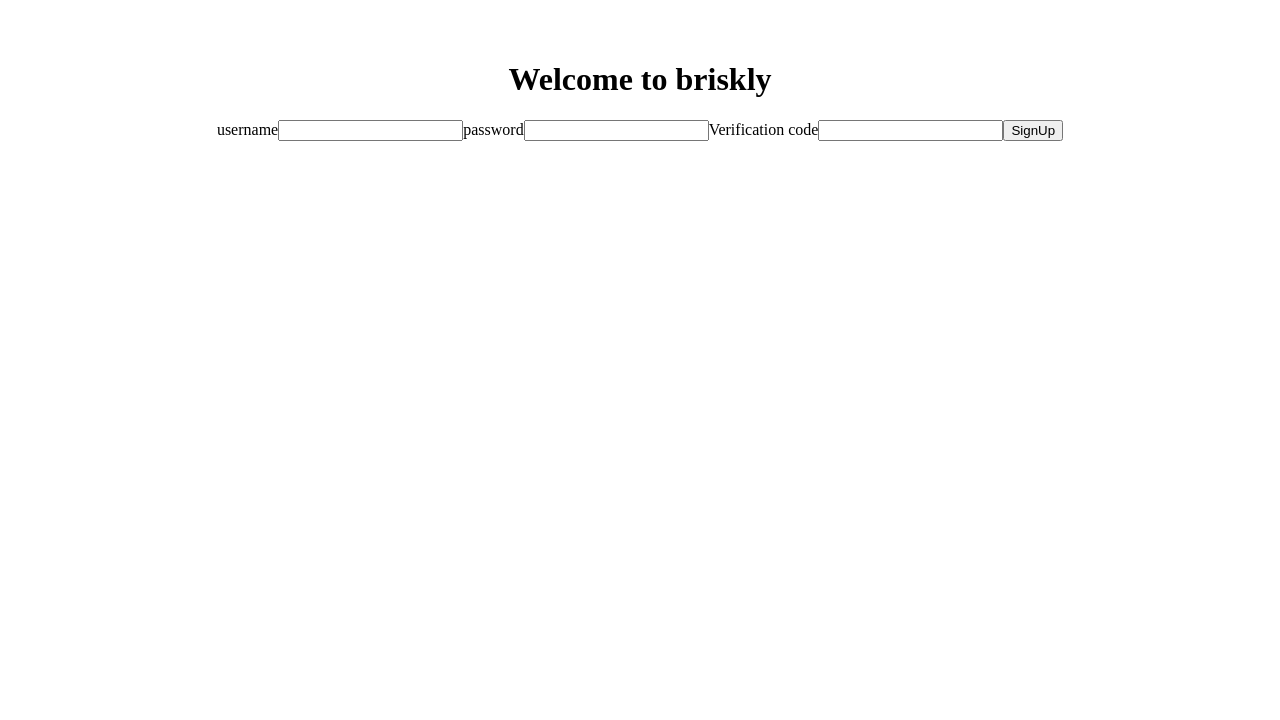
Repository: Meruem09/Briskly
Page: / (app in briskly/)
The author's editor kept a copy of each file at every save. The page is drawn from the files as they stood at one save, then again after the next save.
The browser window is 1280 px wide. The pictures show the whole page.
The project was rebuilt for these pictures with package versions that can differ from the ones it lists, and the page was loaded fresh each time. Some packages were replaced by stand-ins written for this rebuild. Also part of the build but not shown: briskly/vite.config.js.

Above is the page before, as saved 2025-06-27 16:54:26.

After the next save:
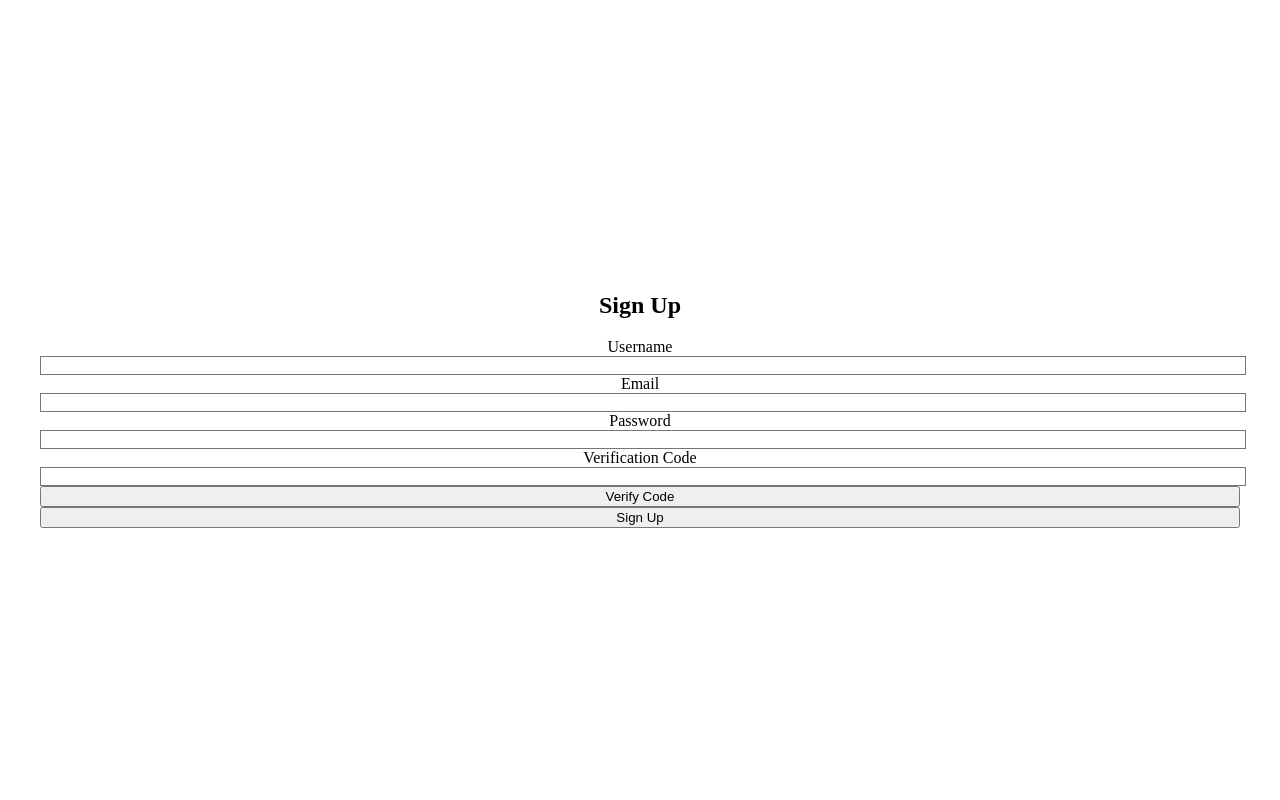
Saved 8 min 22 s later.
--- a/briskly/src/component/SignUpPage.jsx
+++ b/briskly/src/component/SignUpPage.jsx
@@ -1,20 +1,88 @@
-import { useSignIn, useSignUp, useClerk, useAuth, useUser, useSession } from "@clerk/clerk-react"
+import React, { useState } from "react";
 
-const SignUpPage = () => {
-    return (
-        <div>
-            <div>
-                <h1>Welcome to briskly</h1>
-                <label htmlFor="username">username</label>
-                <input type="text" name="" id="" />
-                <label htmlFor="password">password</label>
-                <input type="text" name="" id="" />
-                <label htmlFor="">Verification code</label>
-                <input type="text" />
-                <button>SignUp</button>
-            </div>
-        </div>
-     );
+export default function SignUpPage() {
+  const [username, setUsername] = useState("");
+  const [emailAddress, setEmail] = useState("");
+  const [password, setPassword] = useState("");
+  const [verificationCode, setVerificationCode] = useState("");
+
+  const handleSignUp = (e) => {
+    e.preventDefault();
+    console.log("Signing up with:", { username, emailAddress, password });
+    // Add your signup API call here
+  };
+
+  const handleVerify = () => {
+    console.log("Verifying code:", verificationCode);
+    // Add your verification logic here
+  };
+
+  return (
+    <div className="min-h-screen flex items-center justify-center bg-black text-white px-4">
+      <div className="w-full max-w-md bg-gray-900 p-8 rounded-xl shadow-lg">
+        <h2 className="text-2xl font-bold mb-6">Sign Up</h2>
+
+        <form onSubmit={handleSignUp} className="space-y-4">
+          <div>
+            <label className="block text-sm mb-1">Username</label>
+            <input
+              type="text"
+              value={username}
+              onChange={(e) => setUsername(e.target.value)}
+              className="w-full px-4 py-2 bg-gray-800 text-white rounded border border-gray-600 focus:outline-none focus:ring-2 focus:ring-blue-500"
+              required
+            />
+          </div>
+
+          <div>
+            <label className="block text-sm mb-1">Email</label>
+            <input
+              type="email"
+              value={emailAddress}
+              onChange={(e) => setEmail(e.target.value)}
+              className="w-full px-4 py-2 bg-gray-800 text-white rounded border border-gray-600 focus:outline-none focus:ring-2 focus:ring-blue-500"
+              required
+            />
+          </div>
+
+          <div>
+            <label className="block text-sm mb-1">Password</label>
+            <input
+              type="password"
+              value={password}
+              onChange={(e) => setPassword(e.target.value)}
+              className="w-full px-4 py-2 bg-gray-800 text-white rounded border border-gray-600 focus:outline-none focus:ring-2 focus:ring-blue-500"
+              required
+              minLength={8}
+            />
+          </div>
+
+          <div>
+            <label className="block text-sm mb-1">Verification Code</label>
+            <input
+              type="text"
+              value={verificationCode}
+              onChange={(e) => setVerificationCode(e.target.value)}
+              className="w-full px-4 py-2 bg-gray-800 text-white rounded border border-gray-600 focus:outline-none focus:ring-2 focus:ring-blue-500"
+              required
+            />
+            <button
+              type="button"
+              onClick={handleVerify}
+              className="mt-2 w-full bg-blue-600 hover:bg-blue-700 text-white py-2 rounded transition-colors"
+            >
+              Verify Code
+            </button>
+          </div>
+
+          <button
+            type="submit"
+            className="w-full mt-4 bg-green-600 hover:bg-green-700 text-white py-2 rounded transition-colors"
+          >
+            Sign Up
+          </button>
+        </form>
+      </div>
+    </div>
+  );
 }
-
-export default SignUpPage;
